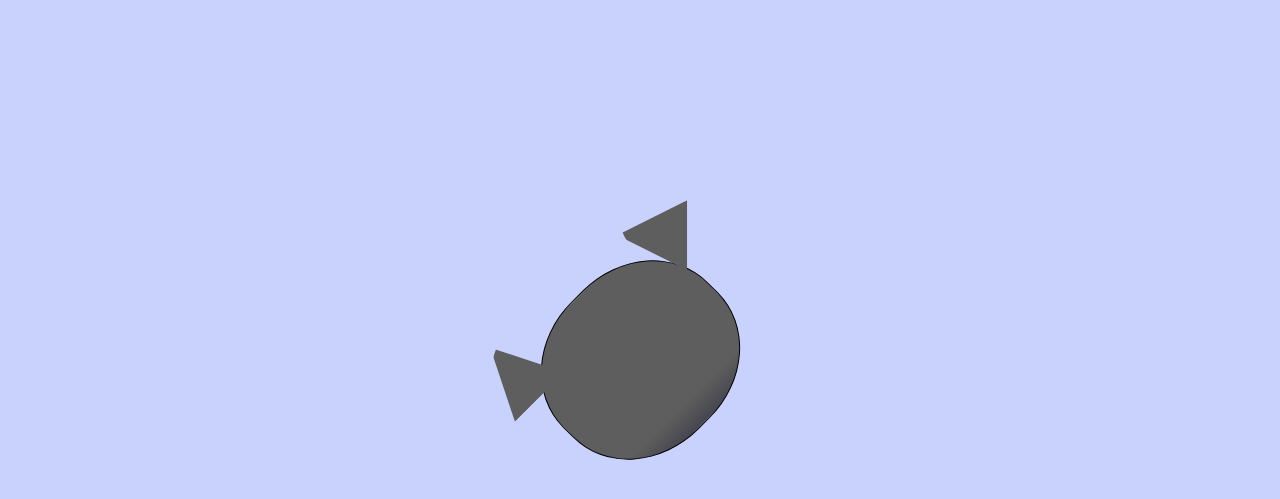
Repository: Lungdjos/cat_painting
Page: index.html
The author's editor kept a copy of each file at every save. The page is drawn from the files as they stood at one save, then again after the next save.
The browser window is 1280 px wide. The pictures show the whole page.

Above is the page before, as saved 2023-11-07 23:47:41.

After the next save:
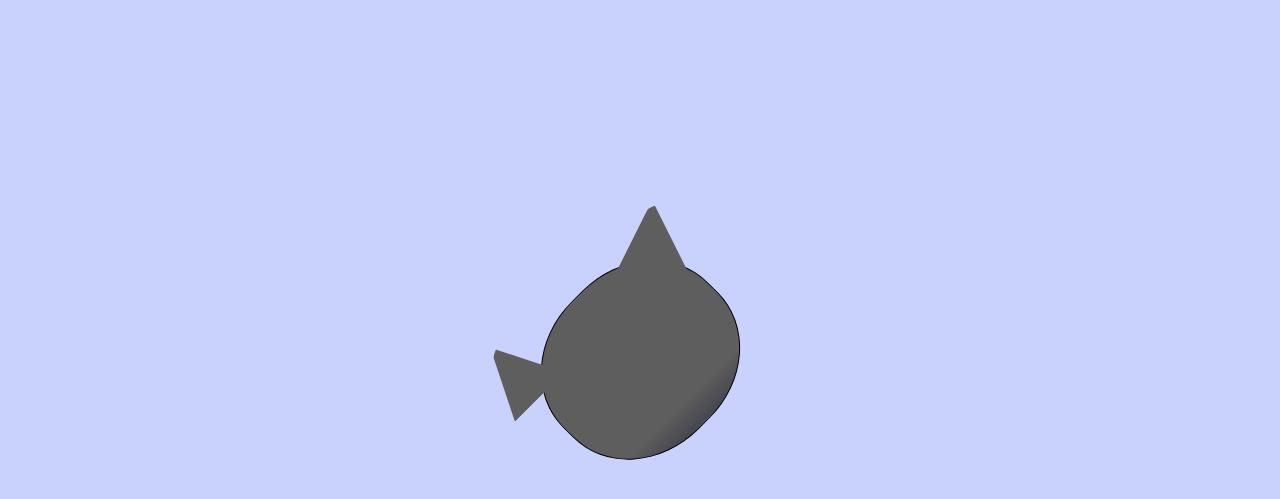
Saved 51 s later.
--- a/styles.css
+++ b/styles.css
@@ -29,7 +29,7 @@ body {
     left: 163px;
     border-top-left-radius: 90px;
     border-top-right-radius: 10px;
-    transform: rotate(-45deg);
+    transform: rotate(45deg);
     border-left: 35px solid transparent;
     border-right: 35px solid transparent;
     border-bottom: 70px solid #5e5e5e;
